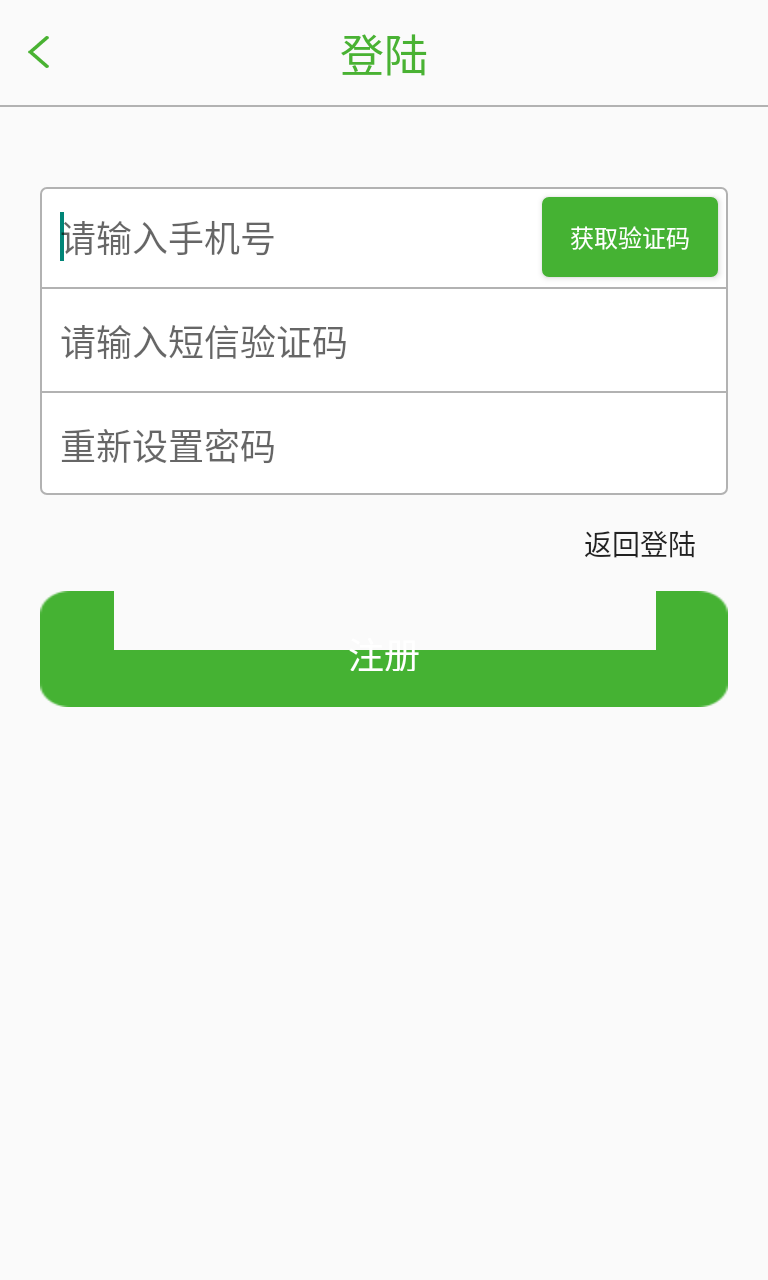
Repository: hjhlove110/XYApp
Layout: XYApp/res/layout/reg_view.xml
The author's editor kept a copy of each file at every save. The layout is drawn from the files as they stood at one save, then again after the next save.
It is drawn on a 768 x 1280 px phone screen (xhdpi) without system bars, with theme AppTheme; the app's code is not run.

Above is the layout before, as saved 2015-09-24 06:48:01.

### XYApp/res/layout/reg_view.xml
<LinearLayout xmlns:android="http://schemas.android.com/apk/res/android"
    android:layout_width="fill_parent"
    android:layout_height="fill_parent"
    android:orientation="vertical" >

    <include layout="@layout/title" />

    <LinearLayout
        android:layout_width="match_parent"
        android:layout_height="wrap_content"
        android:layout_marginLeft="20dp"
        android:layout_marginRight="20dp"
        android:layout_marginTop="40dp"
        android:background="@drawable/txt_bg"
        android:orientation="vertical" >

        <LinearLayout
            android:layout_width="match_parent"
            android:layout_height="wrap_content"
            android:gravity="center_vertical"
            android:orientation="horizontal" >

            <EditText
                android:id="@+id/username"
                android:layout_width="0dp"
                android:layout_height="50dp"
                android:layout_weight="1"
                android:background="@null"
                android:digits="0123456789"
                android:hint="请输入手机号"
                android:paddingLeft="10dp"
                android:singleLine="true" >

                <requestFocus />
            </EditText>

            <Button
                android:id="@+id/getnumber"
                android:layout_width="wrap_content"
                android:layout_height="40dp"
                android:layout_margin="5dp"
                android:background="@drawable/btn_bg_shape"
                android:gravity="center"
                android:paddingLeft="10dp"
                android:paddingRight="10dp"
                android:text="获取验证码"
                android:textColor="#ffffff"
                android:textSize="12sp" >
            </Button>
        </LinearLayout>

        <View
            android:id="@+id/view1"
            android:layout_width="match_parent"
            android:layout_height="1dip"
            android:background="#b2b2b2" />

        <EditText
            android:id="@+id/msgnumber"
            android:layout_width="match_parent"
            android:layout_height="50dp"
            android:layout_marginTop="1dip"
            android:background="@null"
            android:hint="请输入短信验证码"
            android:inputType="number"
            android:paddingLeft="10dp"
            android:singleLine="true" >
        </EditText>

        <View
            android:id="@+id/view2"
            android:layout_width="match_parent"
            android:layout_height="1dip"
            android:background="#b2b2b2" />

        <EditText
            android:id="@+id/password"
            android:layout_width="match_parent"
            android:layout_height="50dp"
            android:layout_marginTop="1dip"
            android:background="@null"
            android:hint="重新设置密码"
            android:inputType="textPassword"
            android:paddingLeft="10dp"
            android:singleLine="true" >
        </EditText>
    </LinearLayout>

    <Button
        android:id="@+id/reback"
        android:layout_width="wrap_content"
        android:layout_height="wrap_content"
        android:layout_gravity="right"
        android:layout_marginRight="20dp"
        android:background="@null"
        android:text="返回登陆" />

    <Button
        android:id="@+id/btnReg"
        android:layout_width="match_parent"
        android:layout_height="58dp"
        android:layout_marginLeft="20dp"
        android:layout_marginRight="20dp"
        android:background="@drawable/btn_login_selector"
        android:gravity="center"
        android:text="注册"
        android:textColor="#ffffff"
        android:textSize="18sp" >
    </Button>

</LinearLayout>

### XYApp/res/values/styles.xml
<resources>

    <!--
        Base application theme, dependent on API level. This theme is replaced
        by AppBaseTheme from res/values-vXX/styles.xml on newer devices.



    -->
    <style name="AppBaseTheme" parent="Theme.AppCompat.Light">
        <!--
            Theme customizations available in newer API levels can go in
            res/values-vXX/styles.xml, while customizations related to
            backward-compatibility can go here.



        -->
    </style>

    <!-- Application theme. -->
    <style name="AppTheme" parent="AppBaseTheme">

        <!-- All customizations that are NOT specific to a particular API-level can go here. -->
        <item name="android:windowNoTitle">true</item>
    </style>

    <style name="CheckBoxMain">
        <item name="android:button">@null</item>
        <item name="android:paddingTop">12dip</item>
        <item name="android:gravity">center</item>
        <item name="android:background">@drawable/bg_mune</item>
        <item name="android:textSize">14sp</item>
        <item name="android:textColor">#656565</item>
        <item name="android:layout_width">0dip</item>
        <item name="android:layout_height">wrap_content</item>
        <item name="android:layout_weight">1</item>
    </style>

    <style name="Translucent" parent="@android:style/Theme.Translucent">
        <item name="android:windowNoTitle">true</item>
        <item name="android:windowIsFloating">true</item>
        <item name="android:windowIsTranslucent">true</item>
        <item name="android:windowContentOverlay">@null</item>
        <item name="android:windowAnimationStyle">@android:style/Animation.Dialog</item>
        <item name="android:backgroundDimEnabled">true</item>
    </style>

</resources>

### XYApp/res/layout/title.xml
<?xml version="1.0" encoding="utf-8"?>
<LinearLayout xmlns:android="http://schemas.android.com/apk/res/android"
    android:layout_width="match_parent"
    android:layout_height="wrap_content"
    android:orientation="vertical" >

    <RelativeLayout
        android:layout_width="match_parent"
        android:layout_height="wrap_content" >

        <ImageButton
            android:id="@+id/btnBack"
            android:layout_width="wrap_content"
            android:layout_height="wrap_content"
            android:layout_centerVertical="true"
            android:layout_margin="10dp"
            android:background="@drawable/btn_back_selector" />

        <TextView
            android:id="@+id/title"
            android:layout_width="wrap_content"
            android:layout_height="wrap_content"
            android:layout_centerHorizontal="true"
            android:layout_centerVertical="true"
            android:layout_margin="10dp"
            android:text="登陆"
            android:textAppearance="?android:attr/textAppearanceLarge"
            android:textColor="#49b233" />

        <ImageButton
            android:id="@+id/btnRight"
            android:layout_width="wrap_content"
            android:layout_height="wrap_content"
            android:layout_alignParentRight="true"
            android:layout_centerVertical="true"
            android:layout_marginRight="10dp"
            android:visibility="invisible"
            android:background="@drawable/btn_right_selector" />
    </RelativeLayout>

    <View
        android:layout_width="match_parent"
        android:layout_height="1dp"
        android:background="#b2b2b2" />

</LinearLayout>

### XYApp/res/drawable/txt_bg.xml
<?xml version="1.0" encoding="utf-8"?>
<shape xmlns:android="http://schemas.android.com/apk/res/android"
    android:shape="rectangle" >

    <corners android:radius="3dp" />

    <solid android:color="#ffffff" />

    <stroke
        android:width="1dp"
        android:color="#b2b2b2" />

</shape>

### XYApp/res/drawable/btn_bg_shape.xml
<?xml version="1.0" encoding="utf-8"?>
<shape xmlns:android="http://schemas.android.com/apk/res/android"
    android:shape="rectangle" >

    <corners android:radius="3dp" />

    <solid android:color="#45b233" />

    <stroke
        android:width="1dp"
        android:color="#45b233" />

</shape>

### XYApp/res/drawable/btn_login_selector.xml
<?xml version="1.0" encoding="UTF-8"?>
<selector xmlns:android="http://schemas.android.com/apk/res/android">

    <item android:drawable="@drawable/loginbtn_p" android:state_checked="true"/>
    <item android:drawable="@drawable/loginbtn_p" android:state_pressed="true"/>
    <item android:drawable="@drawable/loginbtn"/>

</selector>

### XYApp/res/drawable/btn_back_selector.xml
<?xml version="1.0" encoding="UTF-8"?>
<selector xmlns:android="http://schemas.android.com/apk/res/android">

    <item android:drawable="@drawable/l_back_p" android:state_checked="true"/>
    <item android:drawable="@drawable/l_back_p" android:state_pressed="true"/>
    <item android:drawable="@drawable/l_back"/>

</selector>

### XYApp/res/drawable/btn_right_selector.xml
<?xml version="1.0" encoding="UTF-8"?>
<selector xmlns:android="http://schemas.android.com/apk/res/android">

    <item android:drawable="@drawable/pic1_press" android:state_checked="true"/>
    <item android:drawable="@drawable/pic1_press" android:state_pressed="true"/>
    <item android:drawable="@drawable/pic1"/>

</selector>

Loaded but not shown: XYApp/res/values-v11/styles.xml (common file); XYApp/res/values-v14/styles.xml (common file)

After the next save:
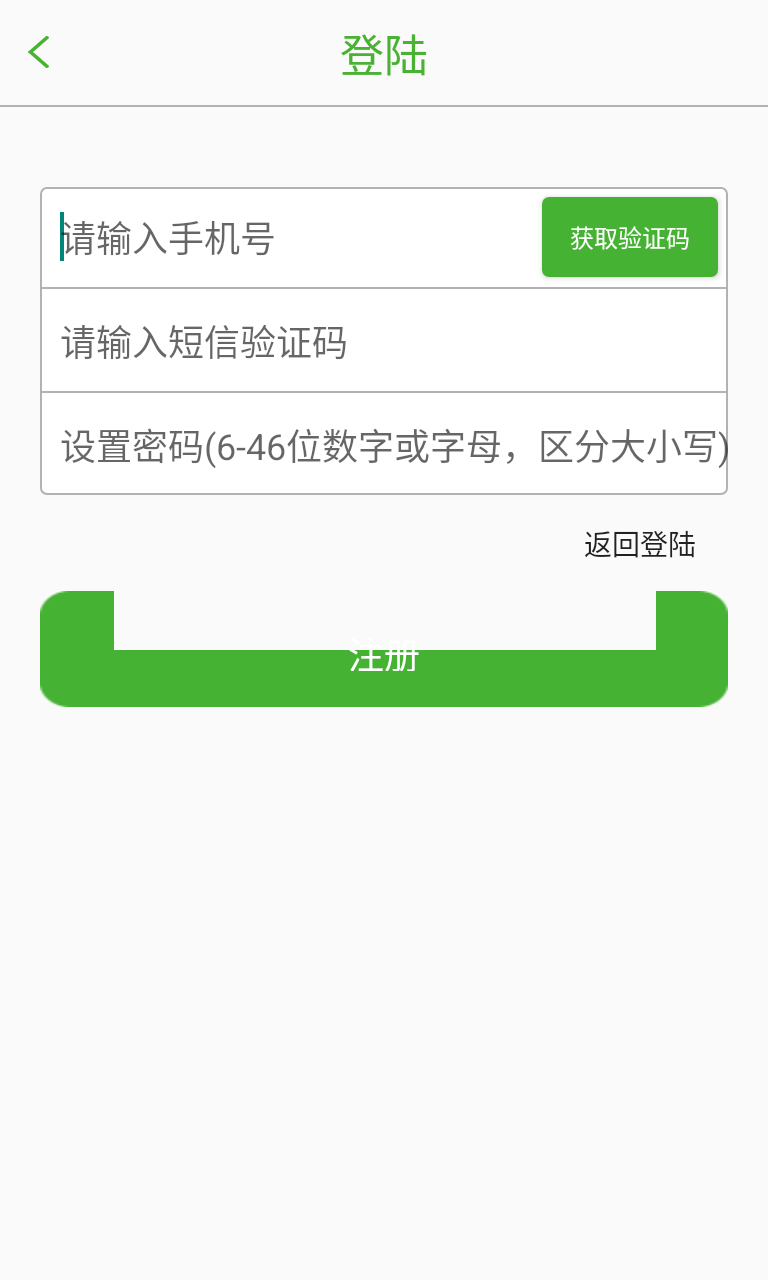
Saved 8 min 44 s later.
--- a/XYApp/res/layout/reg_view.xml
+++ b/XYApp/res/layout/reg_view.xml
@@ -79,7 +79,7 @@
             android:layout_height="50dp"
             android:layout_marginTop="1dip"
             android:background="@null"
-            android:hint="重新设置密码"
+            android:hint="设置密码(6-46位数字或字母，区分大小写)"
             android:inputType="textPassword"
             android:paddingLeft="10dp"
             android:singleLine="true" >
